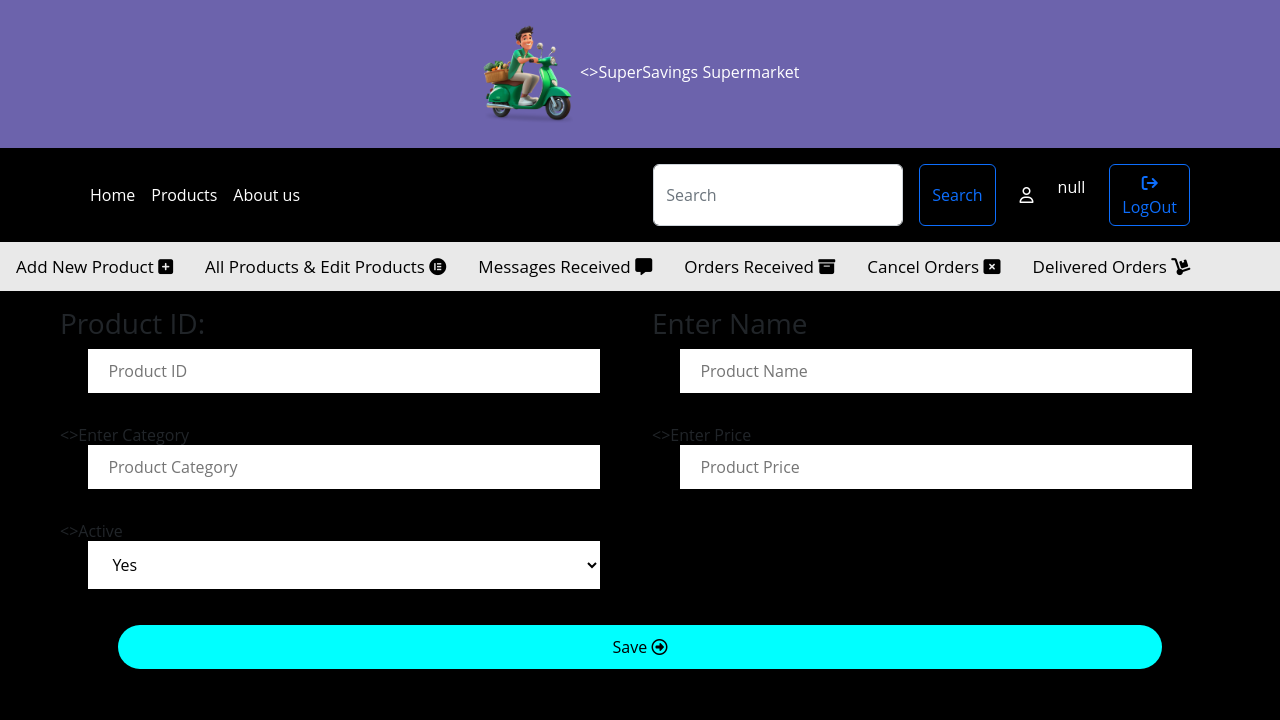
Repository: Raviraj39/SuperSaving-Online-Supermarket-Website
Page: http://localhost/Super_market/AddNewProduct.jsp
The author's editor kept a copy of each file at every save. The page is drawn from the files as they stood at one save, then again after the next save.
The browser window is 1280 px wide. The pictures show the whole page.
The page is served by Tomcat 9.

Above is the page before, as saved 2023-12-28 18:27:33.

After the next save:
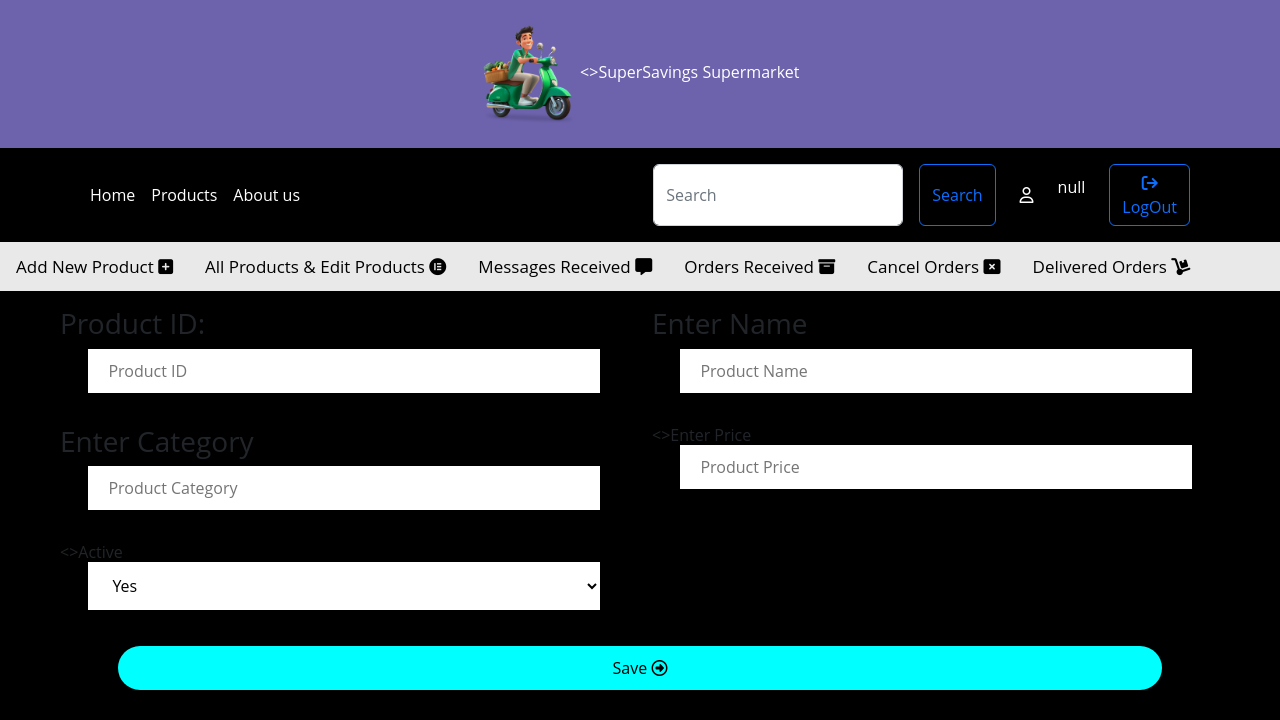
Saved 9 s later.
--- a/Super_market/src/main/webapp/AddNewProduct.jsp
+++ b/Super_market/src/main/webapp/AddNewProduct.jsp
@@ -55,7 +55,7 @@ if("done".equals(msg)){
 		</div>
 
 		<div class=" col-12 col-md-6 my-3">
-		<>Enter Category</>
+		<h3>Enter Category</h3>
 		<input type="text"  class="input-style" name="input3" placeholder="Product Category">
 
 		</div>
